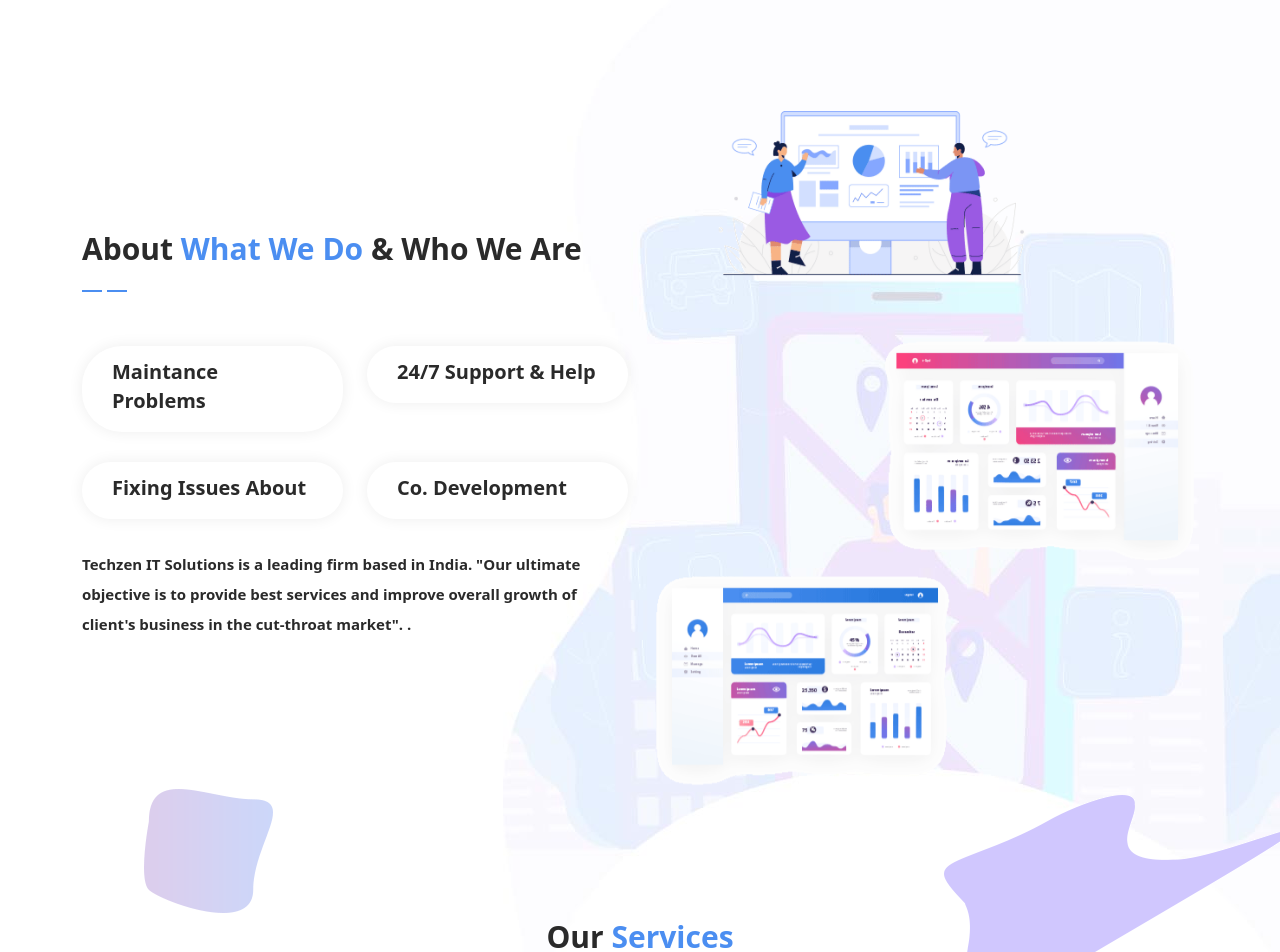
Repository: vijayholve/techzen
Page: about.html
An editor plug-in stored every save of this project. The page is shown before and after the next save, followed by the edit.
The browser window is 1280 px wide. The pictures show the part of the page from y = 924 to 1876 px (the page is 4512 px tall before and 3414 px after).
Pictures or frames that could not be fetched are drawn as grey boxes. Some web libraries are served in a nearby version.

Above is the page before, as saved 2024-11-13 16:59:15.

After the next save:
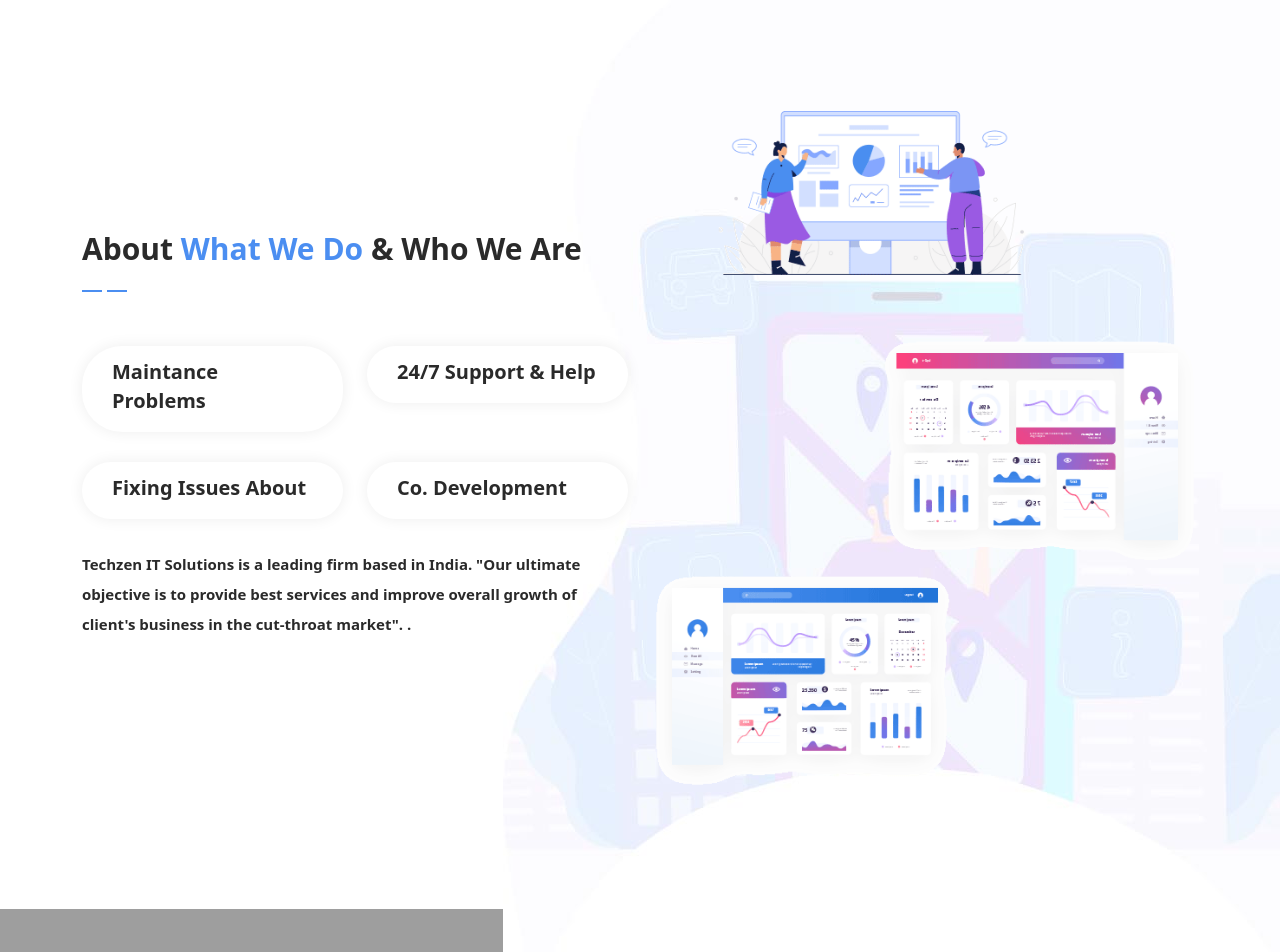
Saved 22 s later.
--- a/about.html
+++ b/about.html
@@ -150,57 +150,6 @@ https://templatemo.com/tm-570-chain-app-dev
   </div>
 
 
-  <div id="services" class="services section">
-    <div class="container">
-      <div class="row">
-        <div class="col-lg-8 offset-lg-2">
-          <div class="section-heading  wow fadeInDown" data-wow-duration="1s" data-wow-delay="0.5s">
-            <h4>Our
-              <em>Services</em></h4>
-            <img src="assets/images/heading-line-dec.png" alt="">
-
-            </p>
-          </div>
-        </div>
-      </div>
-    </div>
-  <div class="container">
-
-    <div class="row g-4">
-        <div class="col-lg-4 col-md-6  wow fadeInUp" data-wow-delay="0.4s">
-            <div class="service-item mt-4 rounded h-100 p-5">
-                <div class="d-inline-flex align-items-center justify-content-center bg-white rounded-circle mb-4" style="width: 65px; height: 65px;">
-                    <img src="all images/th__8_-removebg-preview.png" alt="">
-                </div>
-                <h4 class="mb-3">Cloud Solutions</h4>
-                <p class="mb-4">Empower your business with cloud infrastructure that scales with your growth. Our cloud
-                  solutions cover everything from migration to managed services, ensuring security, flexibility,
-                  and cost-efficiency.</p>
-            </div>
-        </div>
-        <div class="col-lg-4 col-md-6 wow fadeInUp" data-wow-delay="0.4s">
-            <div class="service-item mt-4 rounded h-100 p-5">
-                <div class="d-inline-flex align-items-center justify-content-center bg-white rounded-circle mb-4" style="width: 65px; height: 65px;">
-                    <img src="assets/images/about.jpg" alt="">
-                </div>
-                <h4 class="mb-3">Software Development</h4>
-                <p class="mb-4">Bring your vision to life with customized software tailored to meet your specific business
-                  objectives. From design to deployment, we offer full-cycle software development services.</p>
-            </div>
-        </div>
-        <div class="col-lg-4 col-md-6 wow fadeInUp" data-wow-delay="0.4s">
-            <div class="service-item mt-4 rounded h-100 p-5">
-                <div class="d-inline-flex align-items-center justify-content-center bg-white rounded-circle mb-4" style="width: 65px; height: 65px;">
-                    <img src="assets/images/microchip-solid__1___2_-removebg-preview.png" alt="">
-                </div>
-                <h4 class="mb-3">Website Development</h4>
-                <p class="mb-4">A powerful website makes a powerful brand. Our expert team creates responsive, visually
-                  appealing, and functionally robust websites that drive engagement and enhance your brand's
-                  online presence..</p>
-            </div>
-        </div>
-      </div>
-
 
 
 
